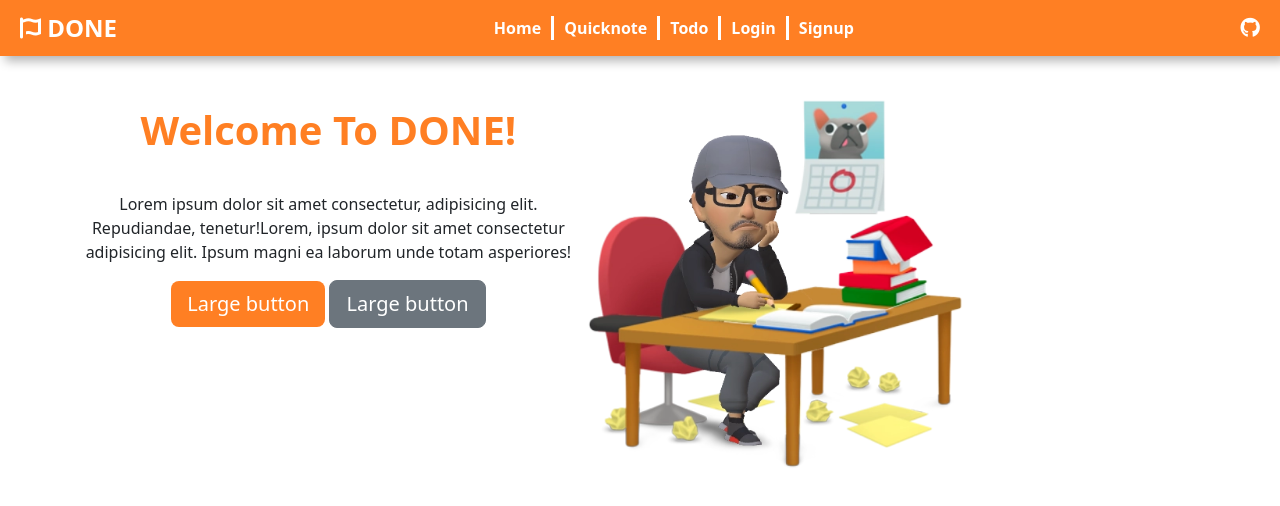
Repository: OmarEssameldinMousa/DONE
Page: index.html
These files come from the project's save history. The page is drawn as it stood at one moment and after the next save; the edit follows.
The browser window is 1280 px wide. The pictures show the whole page.
Some web fonts or font styles are not loaded; a fallback is used.

Above is the page before, as saved 2023-12-15 23:08:14.

### index.html
<!DOCTYPE html>
<html lang="en">

<head>
    <meta charset="UTF-8">
    <meta name="viewport" content="width=device-width, initial-scale=1.0">
    <title>Home</title>
    <!-- Main Template CSS File -->
    <link rel="stylesheet" href="CSS/styles.css">
    <!-- Render and Normalize the ELements -->
    <link rel="stylesheet" href="CSS/normalize.css">
    <!-- Font Awsome Library -->
    <link rel="stylesheet" href="CSS/all.min.css">
    <!-- google fonts -->
    <link rel="preconnect" href="https://fonts.googleapis.com">
    <link rel="preconnect" href="https://fonts.gstatic.com" crossorigin>
    <link
        href="https://fonts.googleapis.com/css2?family=Kablammo&family=Work+Sans:wght@200;300;400;500;600;800&display=swap"
        rel="stylesheet">
    <!-- including bootstrap library -->
    <link href="https://cdn.jsdelivr.net/npm/bootstrap@5.3.2/dist/css/bootstrap.min.css" rel="stylesheet"
        integrity="sha384-T3c6CoIi6uLrA9TneNEoa7RxnatzjcDSCmG1MXxSR1GAsXEV/Dwwykc2MPK8M2HN" crossorigin="anonymous">

</head>

<body>
    <header>
        <nav>
            <!-- Logo with Font Awesome Icon -->
            <div class="logo">
                <i class="fab fa-font-awesome-flag"></i> DONE
            </div>

            <!-- Left-side Navigation Links -->
            <ul>
                <li><a href="#">Home</a></li>
                <li><a href="#">Quicknote</a></li>
                <li><a href="mytasks.html">Todo</a></li>
                <li><a href="#">Login</a></li>
                <li><a href="#">Signup</a></li>
            </ul>

            <!-- Right-side GitHub Icon -->
            <div class="github-icon">
                <a rel="" href="https://github.com/yourusername" target="_blank">
                    <i class="fab fa-github" style="color: white;"></i>
                </a>
            </div>
        </nav>

        <div class="container heading">
            <div class="landing">

                <div class="landingtext">
                    <h1>Welcome To DONE!</h1>
                    <p>Lorem ipsum dolor sit amet consectetur, adipisicing elit. Repudiandae, tenetur!Lorem, ipsum dolor
                        sit amet consectetur adipisicing elit. Ipsum magni ea laborum unde
                        totam
                        asperiores!</p>
                    <div class="buttons">
                        <button type="button" class="btn btn-primary btn-lg"
                            style="background-color: #ff7f23;border: none;">Large
                            button</button>
                        <button type="button" class="btn btn-secondary btn-lg">Large button</button>
                    </div>
                </div>

                <div class="logoimage">
                    <img src="images/omar.png" alt="">
                </div>
            </div>
        </div>


    </header>


    <script src="https://cdn.jsdelivr.net/npm/bootstrap@5.3.2/dist/js/bootstrap.bundle.min.js"
        integrity="sha384-C6RzsynM9kWDrMNeT87bh95OGNyZPhcTNXj1NW7RuBCsyN/o0jlpcV8Qyq46cDfL"
        crossorigin="anonymous"></script>
</body>

</html>

### CSS/styles.css
/* Start Variables */
:root{
    --main-color: rgba(235, 235, 235, 0.6);
    --secondery-color: #ff7f23;
    --third-color:#333;
}
/* End Variables */
/* Special Heading */
.special-heading{
    color: #ebeced;
    font-size: 100px;
    text-align: center;
    font-weight: 800;
    letter-spacing: -3px;
    margin: 0;

}
.special-heading + p{
    margin-top: -30px;
    text-align: center;
    font-size: 20px;
    color: #797979;
}
/* End Special Heading */
/* Start Global Rules */
*{
    -webkit-box-sizing: border-box;
    -moz-box-sizing: border-box;
    box-sizing: border-box;
}

body{
    font-family: 'Kablammo', cursive;
    font-family: 'Work Sans', sans-serif;

}

.container{
    padding-left: 15px;
    padding-right: 15px;
    margin-left: auto;
    margin-right: auto;
    background-color: #fff;
    margin: auto;
    width: 600px;
}

/*very small screens*/
@media (max-width: 767px){
    .container{
        .special-heading{
            font-size: 60px;
        }
        .special-heading + p{
            margin-top: -20px;
        }
        width: 390px;
    }
}
/*small screens*/
@media (min-width: 768px){
    .container{
        width: 750px;
    }
}
/*Medium screens*/
@media (min-width: 992px){
    .container{
        width: 970px;
    }
}
/*Large screens*/
@media (min-width: 1200px){
    .container{
        width: 1170px;
    }
}
/* End Global Rules */


html{
    scroll-behavior: smooth;
}
/* navigation bar */

nav {
    background-color:  var(--secondery-color);
    color: white;
    display: flex;
    align-items: center;
    justify-content: space-between;
    padding: 10px 20px;
    box-shadow: 5px 5px 10px rgba(0, 0, 0, 0.3);
}
nav ul {
    list-style: none;
    margin: 0;
    padding: 0;
    display: flex;
}
nav ul li {
    margin-right: 10px;
    font-weight: bold;
}
nav ul li:not(:last-child) {
    border-right: solid 3px white;
    padding-right: 10px;
}
nav ul li a {
    text-decoration: none;
    color: white;
}
nav ul li a:hover {
    color: var(--main-color); /* Change color on hover */
}
.logo {
    font-size: 24px;
    font-weight: bold;
}
.github-icon {
    font-size: 20px;
    color: white;
}

.heading{
    text-align: center;
}
.landing{
    width: 80%;
    height: 70vh;
    background-color: none;
    display: flex;
    flex-direction: row;
    margin-top: 20px;
}

.landing h1{
    color: var(--secondery-color);
    font-weight: 900;
    padding: 30px;
}

.landing .logoimage img{
    width: 400px;
}

Loaded but not shown: CSS/normalize.css (library); CSS/all.min.css (library)

After the next save:
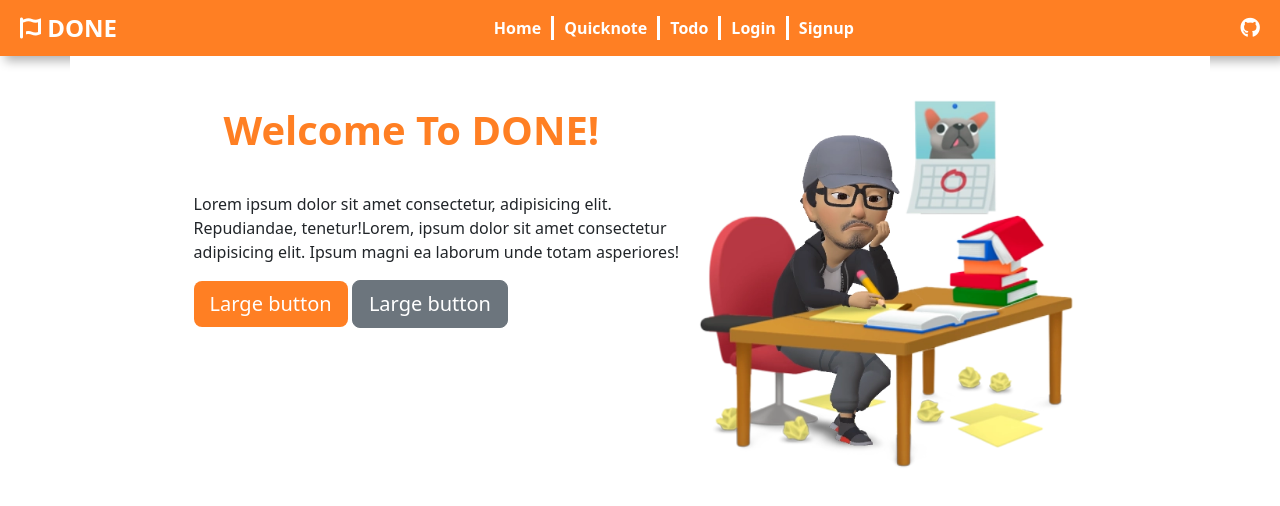
Saved 48 s later.
--- a/CSS/styles.css
+++ b/CSS/styles.css
@@ -123,7 +123,9 @@ nav ul li a:hover {
 }
 
 .heading{
-    text-align: center;
+    display: flex;
+    align-items: center;
+    justify-content: center;
 }
 .landing{
     width: 80%;
